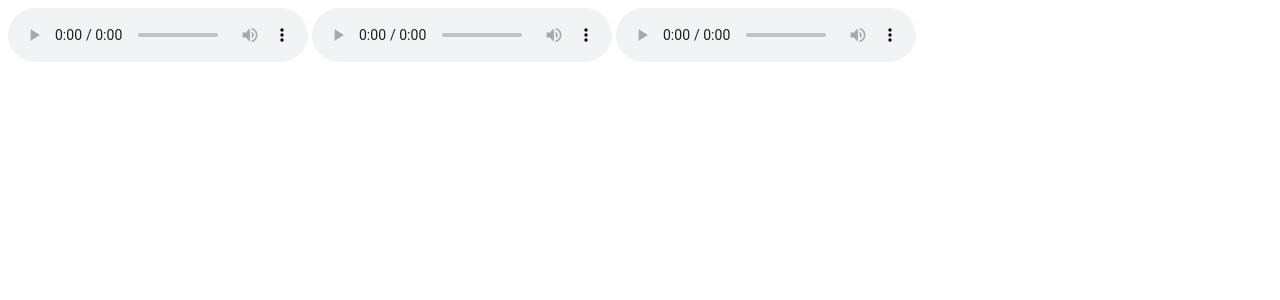
Repository: OdenthalKay/youtube-audio-downloader
Page: client/index.html
The author's editor kept a record of every edit. The page is drawn from the files as they stood at one moment, then again after the next edit.
The browser window is 1280 px wide. The pictures show the whole page.

Above is the page before.

After the next edit:
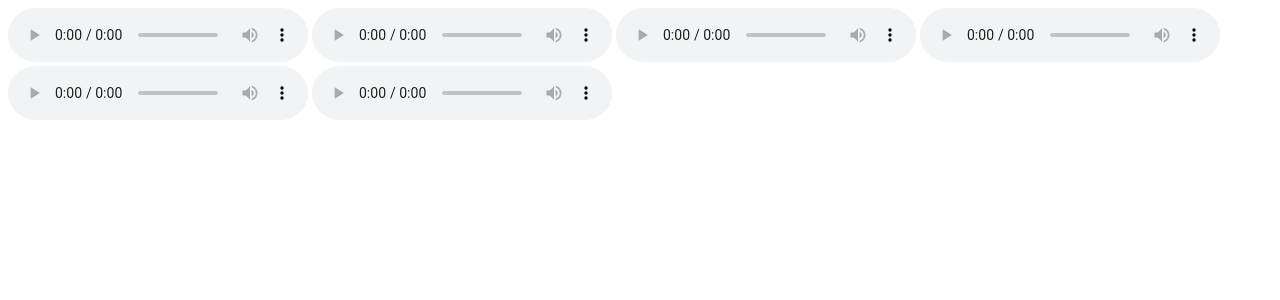
The edit:
--- a/client/index.html
+++ b/client/index.html
@@ -15,6 +15,18 @@
     <source src="../file2.mp3" type="audio/mpeg">
       Your browser does not support the audio element.
   </audio>
+    <audio controls>
+    <source src="../file2.mp3" type="audio/mpeg">
+      Your browser does not support the audio element.
+  </audio>
+    <audio controls>
+    <source src="../file2.mp3" type="audio/mpeg">
+      Your browser does not support the audio element.
+  </audio>
+    <audio controls>
+    <source src="../file2.mp3" type="audio/mpeg">
+      Your browser does not support the audio element.
+  </audio>
 
 </body>
 
